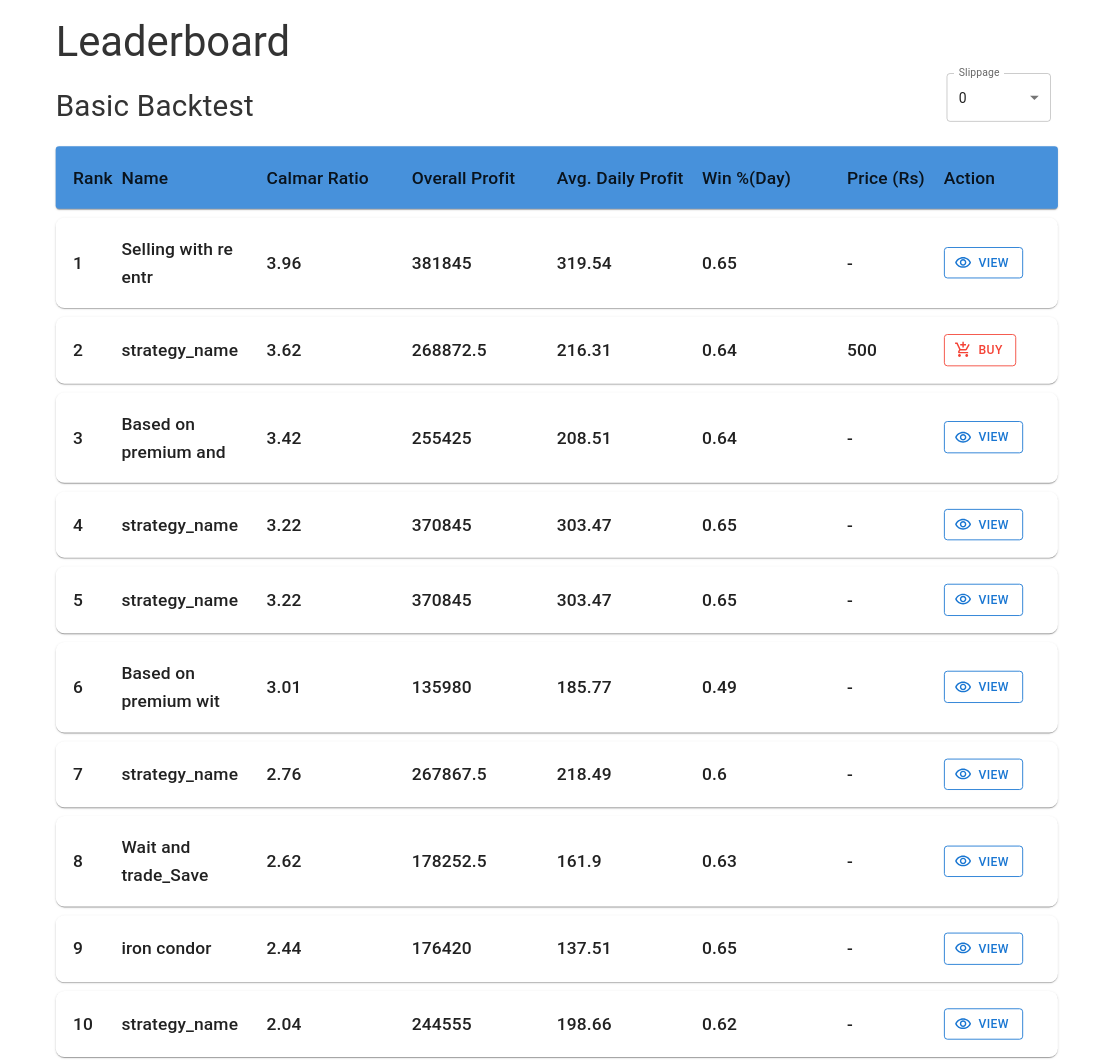
Repository: PraTEEkgUpTa2/Leaderboard
Page: /
These files come from the project's save history. The page is drawn as it stood at one moment and after the next save; the edit follows.
The browser window is 1280 px wide. The pictures show the whole page, at 87% of full size.
The project was rebuilt for these pictures with package versions that can differ from the ones it lists, and the page was loaded fresh each time. Also part of the build but not shown: src/App.css.

Above is the page before, as saved 2024-05-28 14:21:24.

### src/index.js
import React from 'react';
import ReactDOM from 'react-dom';
import { ThemeProvider } from '@mui/material/styles';
import App from './App';
import theme from './theme'; // Import the theme object

const root = ReactDOM.createRoot(document.getElementById('root'));
root.render(

  <ThemeProvider theme={theme}>
  <App />
</ThemeProvider>

);

// If you want to start measuring performance in your app, pass a function
// to log results (for example: reportWebVitals(console.log))
// or send to an analytics endpoint. Learn more: https://bit.ly/CRA-vitals

### src/App.js
import React from 'react';
import './App.css';
import Leaderboard from './Leaderboard';

function App() {
  return (
    <div className="App">
      <Leaderboard />
    </div>
  );
}

export default App;

### src/theme.js
// theme.js

import { createTheme } from '@mui/material/styles';

const theme = createTheme({
  palette: {
    primary: {
      main: '#1976d2', // Background color for the table header
      dark: '#135fa8', // Hover color for primary buttons
    },
    error: {
      main: '#f44336', // Background color for "Buy" button
      dark: '#d32f2f', // Hover color for "Buy" button
    },
    common: {
      white: '#fff', // Text color for table header and buttons
    },
  },
});

export default theme;

### src/Leaderboard.js
import React, { useState } from 'react';
import data from './data.json';
import { Container, Box, Typography, FormControl, InputLabel, Select, MenuItem, Paper, Button } from '@mui/material';
import { VisibilityOutlined, AddShoppingCartOutlined } from '@mui/icons-material';
import { styled } from '@mui/system';
import { Line } from 'react-chartjs-2';
import 'chart.js/auto';

const TabContainer = styled(Box)(({ theme }) => ({
  display: 'flex',
  flexDirection: 'column',
  gap: '10px',
  marginTop: '20px',
}));

const TabHeader = styled(Paper)(({ theme }) => ({
  display: 'flex',
  justifyContent: 'space-between',
  alignItems: 'center',
  padding: '20px',
  backgroundColor: theme.palette.primary.light,
}));

const Tab = styled(Paper)(({ theme }) => ({
  display: 'flex',
  justifyContent: 'space-between',
  alignItems: 'center',
  padding: '20px',
  borderRadius: '10px',
  boxShadow: theme.shadows[1],
  transition: 'transform 0.3s, box-shadow 0.3s',
  '&:hover': {
    transform: 'translateY(-5px)',
    boxShadow: theme.shadows[4],
    zIndex: 1,
    position: 'relative',
  },
}));

const ViewButton = styled(Button)(({ theme }) => ({
  borderColor: theme.palette.primary.main,
  color: theme.palette.primary.main,
  backgroundColor: 'transparent',
  '&:hover': {
    borderColor: theme.palette.primary.dark,
    color: theme.palette.primary.dark,
    backgroundColor: 'transparent',
  },
  '& .MuiButton-startIcon': {
    marginRight: theme.spacing(1),
  },
}));

const BuyButton = styled(Button)(({ theme }) => ({
  borderColor: theme.palette.error.main,
  color: theme.palette.error.main,
  backgroundColor: 'transparent',
  '&:hover': {
    borderColor: theme.palette.error.dark,
    color: theme.palette.error.dark,
    backgroundColor: 'transparent',
  },
  '& .MuiButton-startIcon': {
    marginRight: theme.spacing(1),
  },
}));

const ChartCard = styled(Box)(({ theme }) => ({
  marginTop: '20px',
  padding: '20px',
  boxShadow: theme.shadows[3],
}));

const Leaderboard = () => {
  const [selectedRow, setSelectedRow] = useState(null);

  const handleRowClick = (row) => {
    setSelectedRow(row);
  };

  return (
    <Container>
    <Typography variant="h3" style={{ color: '#333', marginTop: '20px' }}>
          Leaderboard
        </Typography>
      <Box display="flex" justifyContent="space-between" alignItems="center">
        <Typography variant="h4" style={{ color: '#333', marginTop: '20px' }}>
          Basic Backtest
        </Typography>
        <FormControl sx={{ m: 1, minWidth: 120 }}>
          <InputLabel id="slippage-label">Slippage</InputLabel>
          <Select
            labelId="slippage-label"
            id="slippage-select"
            defaultValue={0}
            label="Slippage"
          >
            <MenuItem value={0}>0</MenuItem>
            <MenuItem value={0.5}>0.5</MenuItem>
            <MenuItem value={1}>1</MenuItem>
          </Select>
        </FormControl>
      </Box>
      <TabContainer>
        <TabHeader>
          <Box flexBasis="5%">
            <Typography variant="h6">Rank</Typography>
          </Box>
          <Box flexBasis="15%">
            <Typography variant="h6">Name</Typography>
          </Box>
          <Box flexBasis="15%">
            <Typography variant="h6">Calmar Ratio</Typography>
          </Box>
          <Box flexBasis="15%">
            <Typography variant="h6">Overall Profit</Typography>
          </Box>
          <Box flexBasis="15%">
            <Typography variant="h6">Avg. Daily Profit</Typography>
          </Box>
          <Box flexBasis="15%">
            <Typography variant="h6">Win %(Day)</Typography>
          </Box>
          <Box flexBasis="10%">
            <Typography variant="h6">Price (Rs)</Typography>
          </Box>
          <Box flexBasis="10%">
            <Typography variant="h6">Action</Typography>
          </Box>
        </TabHeader>
        {data.map((row) => (
          <Tab key={row.Rank} onClick={() => handleRowClick(row)}>
            <Box flexBasis="5%">
              <Typography variant="h6">{row.Rank}</Typography>
            </Box>
            <Box flexBasis="15%">
              <Typography variant="h6">{row.Name}</Typography>
            </Box>
            <Box flexBasis="15%">
              <Typography variant="h6">{row["Calmar Ratio"]}</Typography>
            </Box>
            <Box flexBasis="15%">
              <Typography variant="h6">{row["Overall Profit"]}</Typography>
            </Box>
            <Box flexBasis="15%">
              <Typography variant="h6">{row["Avg. Daily Profit"]}</Typography>
            </Box>
            <Box flexBasis="15%">
              <Typography variant="h6">{row["Win %(Day)"]}</Typography>
            </Box>
            <Box flexBasis="10%">
              <Typography variant="h6">{row["Price (Rs)"] ? row["Price (Rs)"] : '-'}</Typography>
            </Box>
            <Box flexBasis="10%">
              {row.Action === 'View' ? (
                <ViewButton startIcon={<VisibilityOutlined />} variant="outlined">
                  View
                </ViewButton>
              ) : (
                <BuyButton startIcon={<AddShoppingCartOutlined />} variant="outlined">
                  Buy
                </BuyButton>
              )}
            </Box>
          </Tab>
        ))}
      </TabContainer>


    </Container>
  );
};

export default Leaderboard;

### src/data.json
[
    {
        "Rank": 1,
        "Name": "Selling with re entr",
        "Calmar Ratio": 3.96,
        "Overall Profit": 381845,
        "Avg. Daily Profit": 319.54,
        "Win %(Day)": 0.65,
        "Price (Rs)": null,
        "Action": "View"
    },
    {
        "Rank": 2,
        "Name": "strategy_name",
        "Calmar Ratio": 3.62,
        "Overall Profit": 268872.5,
        "Avg. Daily Profit": 216.31,
        "Win %(Day)": 0.64,
        "Price (Rs)": 500,
        "Action": "Buy"
    },
    {
        "Rank": 3,
        "Name": "Based on premium and",
        "Calmar Ratio": 3.42,
        "Overall Profit": 255425,
        "Avg. Daily Profit": 208.51,
        "Win %(Day)": 0.64,
        "Price (Rs)": null,
        "Action": "View"
    },
    {
        "Rank": 4,
        "Name": "strategy_name",
        "Calmar Ratio": 3.22,
        "Overall Profit": 370845,
        "Avg. Daily Profit": 303.47,
        "Win %(Day)": 0.65,
        "Price (Rs)": null,
        "Action": "View"
    },
    {
        "Rank": 5,
        "Name": "strategy_name",
        "Calmar Ratio": 3.22,
        "Overall Profit": 370845,
        "Avg. Daily Profit": 303.47,
        "Win %(Day)": 0.65,
        "Price (Rs)": null,
        "Action": "View"
    },
    {
        "Rank": 6,
        "Name": "Based on premium wit",
        "Calmar Ratio": 3.01,
        "Overall Profit": 135980,
        "Avg. Daily Profit": 185.77,
        "Win %(Day)": 0.49,
        "Price (Rs)": null,
        "Action": "View"
    },
    {
        "Rank": 7,
        "Name": "strategy_name",
        "Calmar Ratio": 2.76,
        "Overall Profit": 267867.5,
        "Avg. Daily Profit": 218.49,
        "Win %(Day)": 0.6,
        "Price (Rs)": null,
        "Action": "View"
    },
    {
        "Rank": 8,
        "Name": "Wait and trade_Save",
        "Calmar Ratio": 2.62,
        "Overall Profit": 178252.5,
        "Avg. Daily Profit": 161.9,
        "Win %(Day)": 0.63,
        "Price (Rs)": null,
        "Action": "View"
    },
    {
        "Rank": 9,
        "Name": "iron condor",
        "Calmar Ratio": 2.44,
        "Overall Profit": 176420,
        "Avg. Daily Profit": 137.51,
        "Win %(Day)": 0.65,
        "Price (Rs)": null,
        "Action": "View"
    },
    {
        "Rank": 10,
        "Name": "strategy_name",
        "Calmar Ratio": 2.04,
        "Overall Profit": 244555,
        "Avg. Daily Profit": 198.66,
        "Win %(Day)": 0.62,
        "Price (Rs)": null,
        "Action": "View"
    }
]

Loaded but not shown: public/index.html (common file)

After the next save:
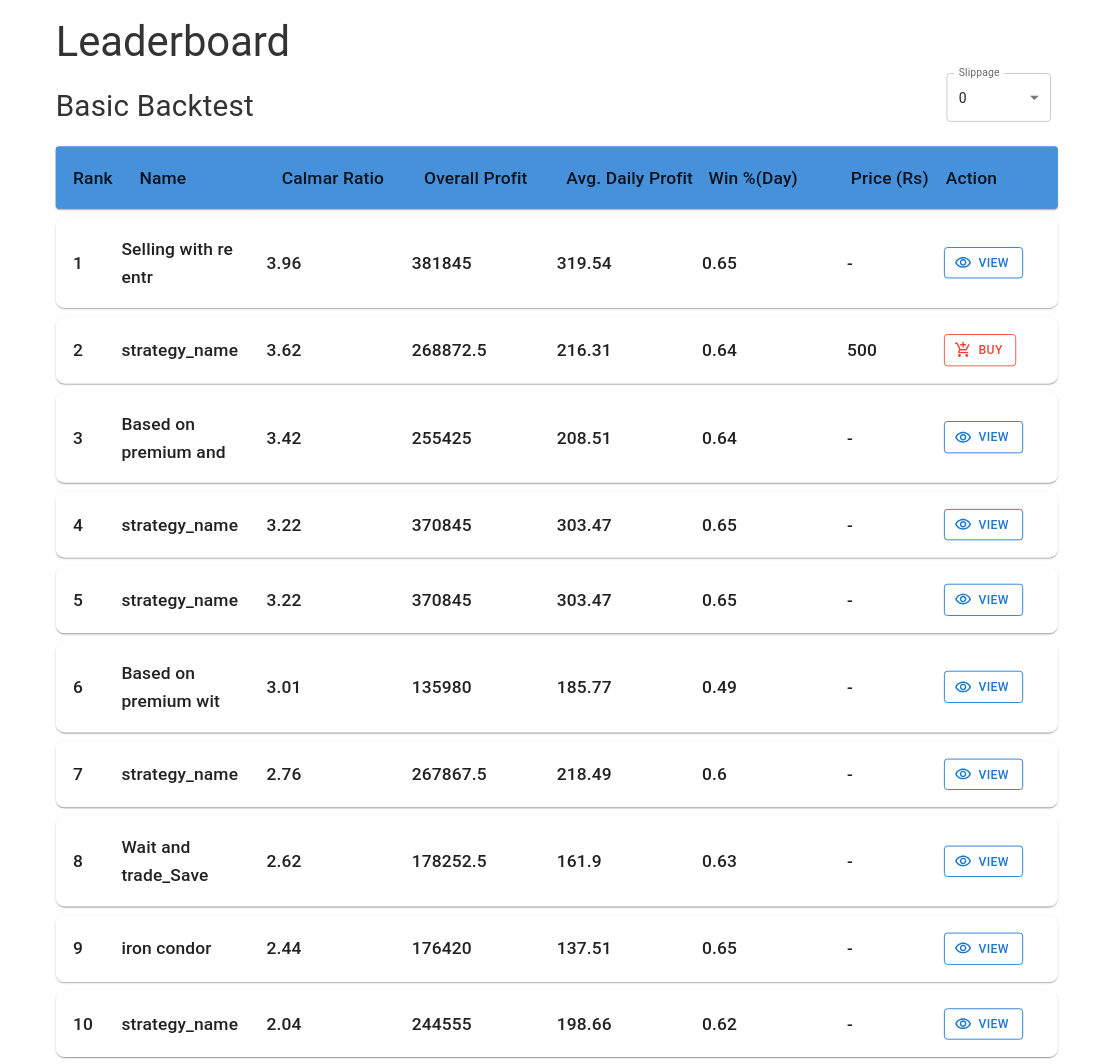
Saved 11 s later.
--- a/src/Leaderboard.js
+++ b/src/Leaderboard.js
@@ -103,7 +103,7 @@
       </Box>
       <TabContainer>
         <TabHeader>
-          <Box flexBasis="5%">
+          <Box flexBasis="7%">
             <Typography variant="h6">Rank</Typography>
           </Box>
           <Box flexBasis="15%">

After the save that followed:
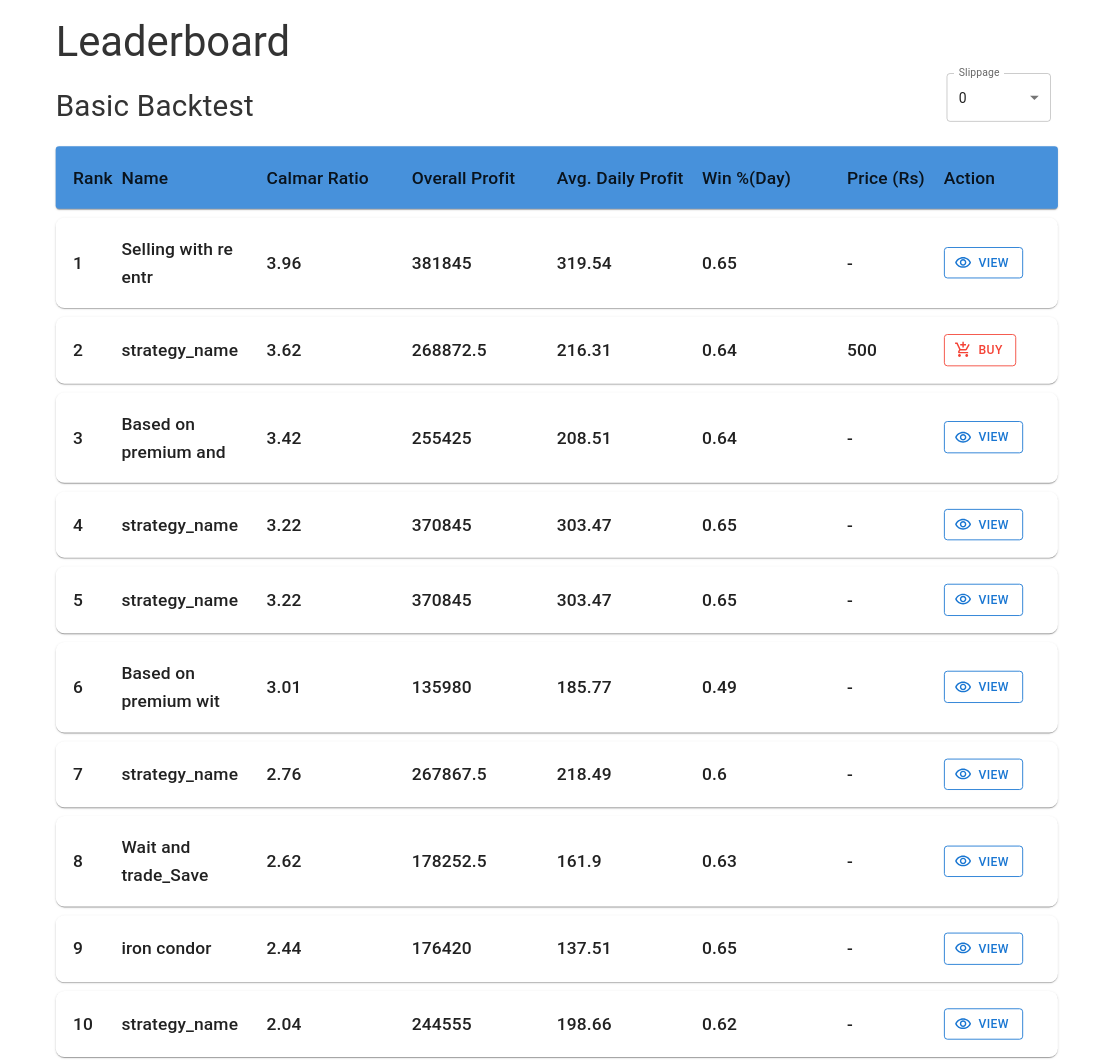
Saved 11 s later.
--- a/src/Leaderboard.js
+++ b/src/Leaderboard.js
@@ -103,7 +103,7 @@
       </Box>
       <TabContainer>
         <TabHeader>
-          <Box flexBasis="7%">
+          <Box flexBasis="5%">
             <Typography variant="h6">Rank</Typography>
           </Box>
           <Box flexBasis="15%">
